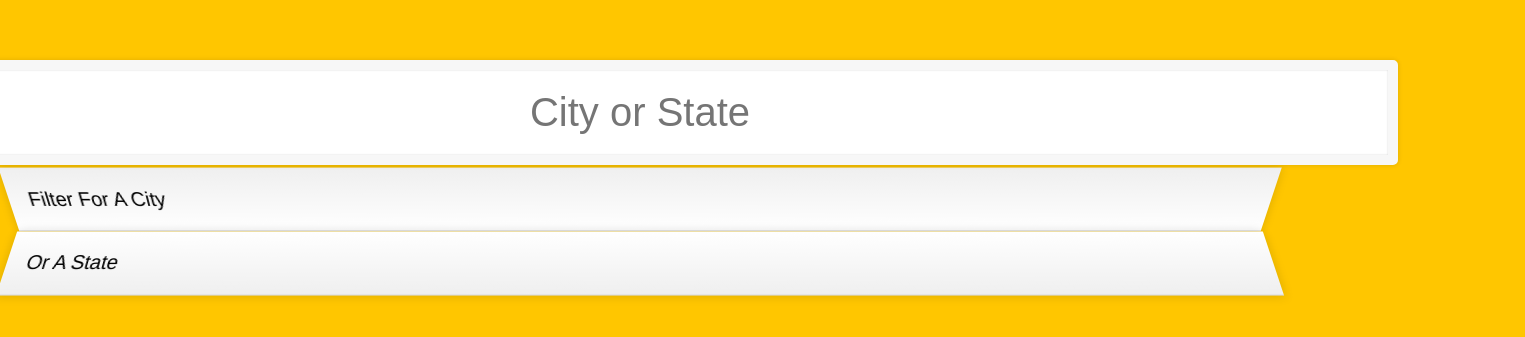
Repository: Saieebawake/Type-Ahead-City-or-State-Search
Page: index.html
These files come from the project's save history. The page is drawn as it stood at one moment and after a run of saves; the edit follows.
The browser window is 1280 px wide. The page is 1525 px wide, then 1280 px, so the pictures cover 1525 px, including what lies to the right of the window. The pictures show the whole page.
The page's requests for data from a server got no answer.

Above is the page before, as saved 2026-09-27 20:47:39.

After the next 3 saves:
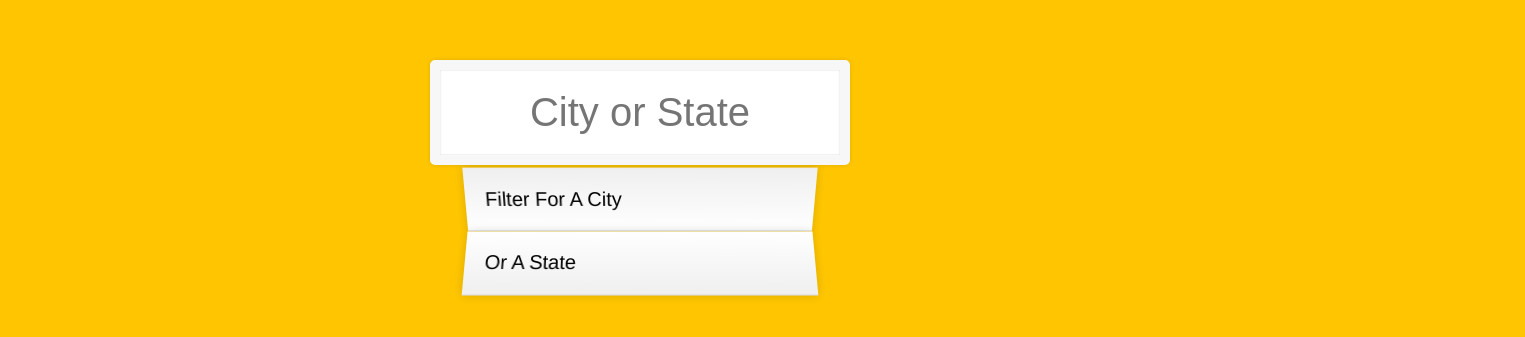
The 3 saves are shown as one change because they came seconds apart.
The last was saved 12 s later.
--- a/style.css
+++ b/style.css
@@ -16,7 +16,7 @@ input {
 }
 
 .search-form {
-    max-width: px;
+    max-width: 350px;
     margin: 50px auto;
 }
 
